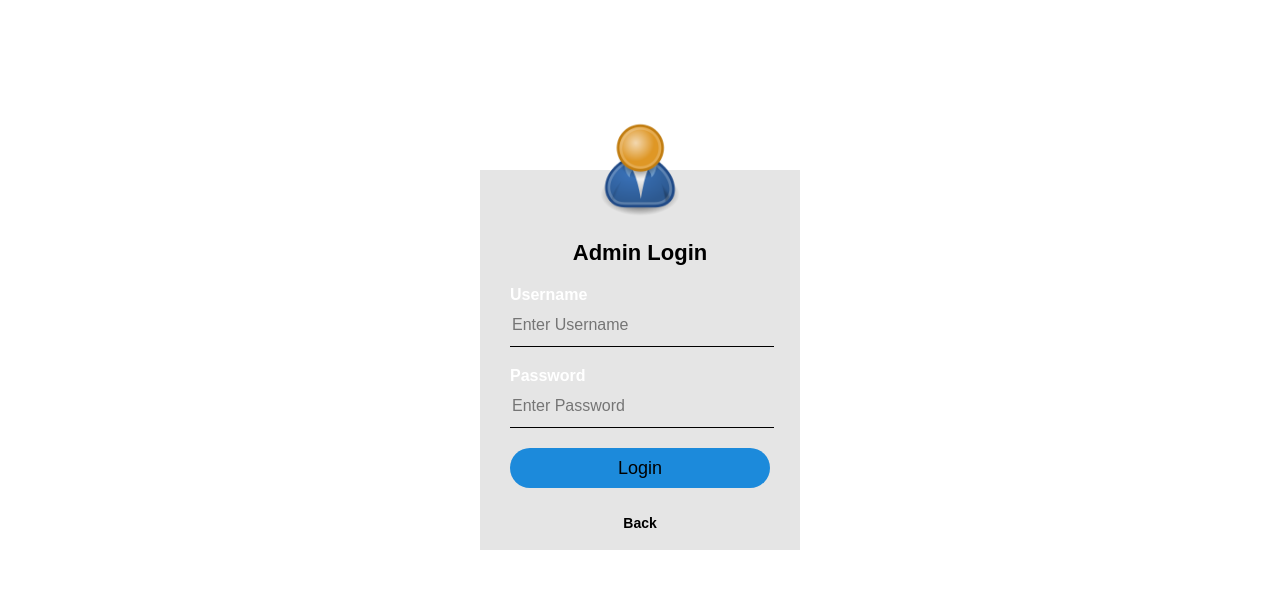
Repository: AlkaDas991/Dbms
Page: http://localhost/Student_Record_Management/adminLogin.jsp
An editor plug-in stored every save of this project. The page is shown before and after the next save, followed by the edit.
The browser window is 1280 px wide. The pictures show the whole page.
The page is served by Tomcat 9. Other server files are loaded and not shown.

Above is the page before, as saved 2021-03-12 05:50:48.

### Student Record Management/WebContent/adminLogin.jsp
<%@ page language="java" contentType="text/html; charset=ISO-8859-1"
    pageEncoding="ISO-8859-1"%>
<!DOCTYPE html>
<html>
<head>
<meta http-equiv="Content-Type" content="text/html; charset=ISO-8859-1">
  <link rel="stylesheet" type="text/css" href="style.css">
  <style>
  .login-box{
    height: 380px;
}</style>
</head>
<body>
    <form action="adminLogin" method ="post">
    <div class="login-box">
    <img src="user.png" class="avatar">
        <h1>Admin Login</h1>
            <p>Username</p>
            <input type="text" name="username" placeholder="Enter Username" required="required">
            <p>Password</p>
            <input type="password" name="password" placeholder="Enter Password" required="required">
            <input type="submit" name="submit" value="Login">
            <center><h1><a href="index.html">Back</a></h1></center>
     </div>
      </form>
    </body>
</html>

### Student Record Management/WebContent/style.css

@import url(https://fonts.googleapis.com/css?family=Roboto:400,500,300,700);
body{
  background: -webkit-linear-gradient(left, #25c481, #25b7c4);
  background: linear-gradient(to right, #25c481, #25b7c4);
  font-family: 'Roboto', sans-serif;
}body{
    margin: 0;
    padding: 0;
    background-size: cover;
    background-position: center;
    font-family: sans-serif;
}


.login-box{
    width: 320px;
    height: 450px;
    background: rgba(0, 0, 0, 0.1);
    color: #fff;
    top: 50%;
    left: 50%;
    position: absolute;
    transform: translate(-50%,-50%);
   box-sizing: border-box;
    padding: 70px 30px;
}
.avatar{
    width: 100px;
    height: 100px;
    position: absolute;
    top: -50px;
    left: calc(50% - 50px);
}
h1{
    margin: 0;
    padding: 0 0 20px;
    text-align: center;
    font-size: 22px;
    color:black;
}
.login-box p{
    margin: 0;
    padding: 0;
    font-weight: bold;
}
.login-box input{
    width: 100%;
    margin-bottom: 20px;
}
.login-box input[type="text"], input[type="password"],input[type="number"],input[type="email"]
{
    border: none;
    border-bottom: 1px solid black;
    background: transparent;
    outline: none;
    height: 40px;
    color: black;
    font-size: 16px;
}
.login-box input[type="submit"]
{
    border: none;
    outline: none;
    height: 40px;
    background: #1c8adb;
    color: black;
    font-size: 18px;
    border-radius: 20px;
}
.login-box input[type="submit"]:hover
{
    cursor: pointer;
    background: #39dc79;
    color: #000;
}

.login-box a{
    text-decoration: none;
    font-size: 14px;
    color: black;
}
.login-box a:hover
{
    color: #39dc79;
}
h2
{
	color:black;
}

After the next save:
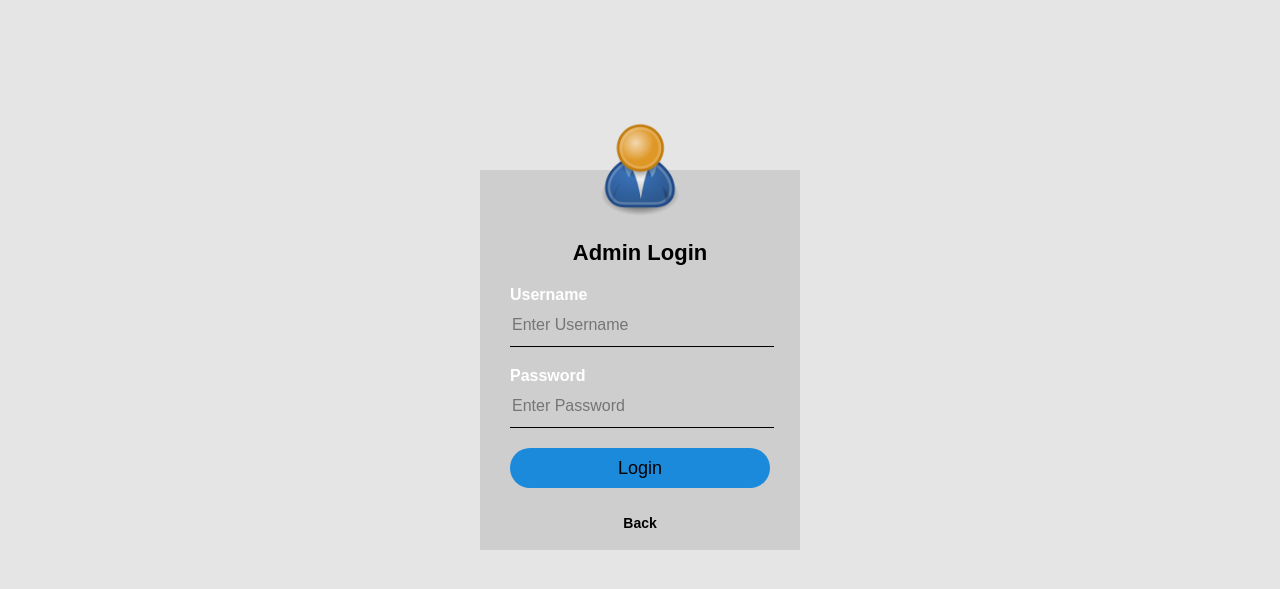
Saved 18 s later.
--- a/Student Record Management/WebContent/adminLogin.jsp
+++ b/Student Record Management/WebContent/adminLogin.jsp
@@ -10,7 +10,7 @@
     height: 380px;
 }</style>
 </head>
-<body>
+<body class = "login-box">
     <form action="adminLogin" method ="post">
     <div class="login-box">
     <img src="user.png" class="avatar">
